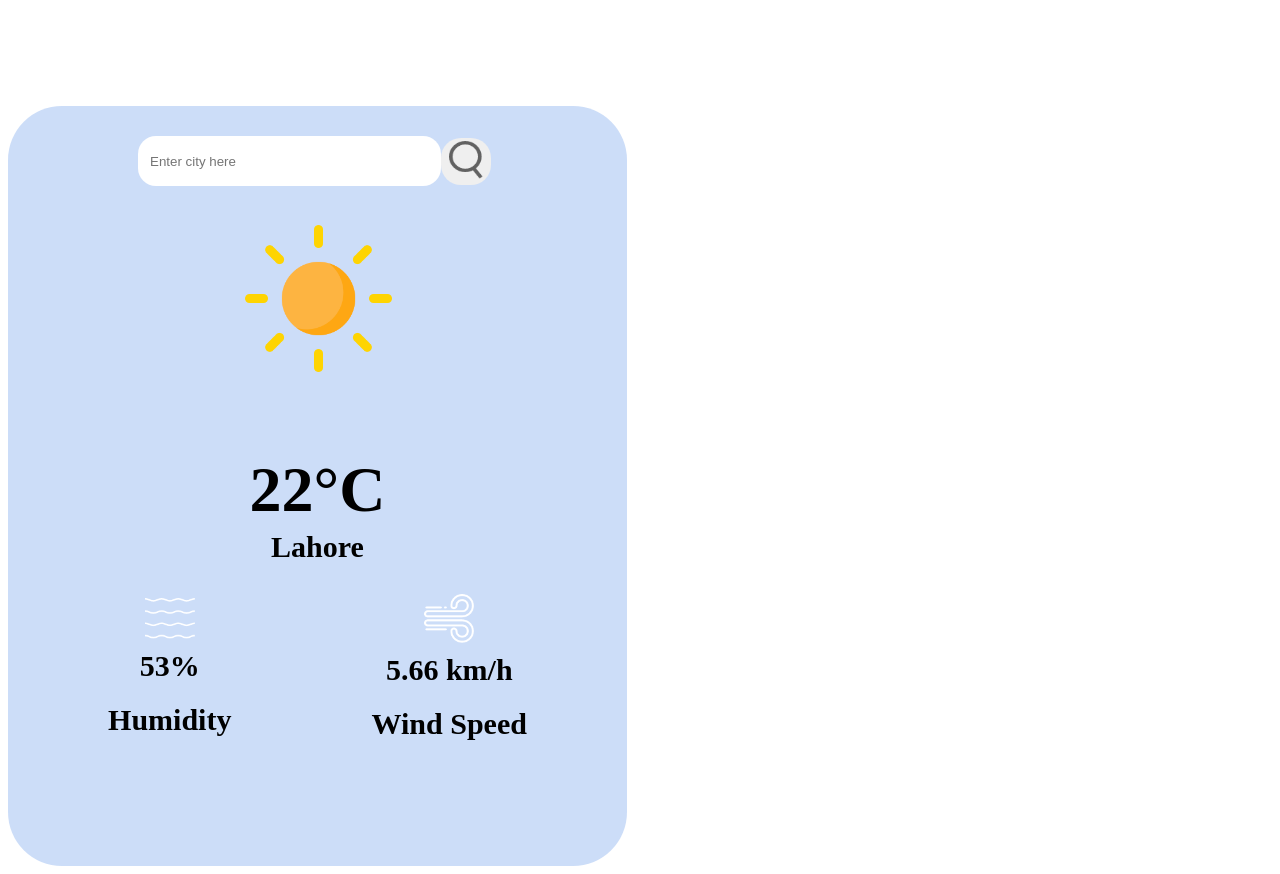
Repository: WajihaGul/Javascripts-Projects
Page: WEATHER APP/index.html
The author's editor kept a copy of each file at every save. The page is drawn from the files as they stood at one save, then again after a run of saves.
The browser window is 1280 px wide. The pictures show the whole page.

Above is the page before, as saved 2024-06-07 16:46:37.
Not found: WEATHER APP/script.js

### WEATHER APP/index.html
<!DOCTYPE html>
<html>
    <head>
        <meta charset="utf-8">
        <meta http-equiv="X-UA-Compatible" content="IE=edge">
        <title></title>
        <meta name="description" content="">
        <meta name="viewport" content="width=device-width, initial-scale=1">
        <link rel="stylesheet" href="./style.css">
    </head>
    <body>
            <div class="MainDiv">
                <div class="SearchDiv" >
                <input type="search" class="SearchInput" placeholder="Enter city here">
                <button class="SearchLogo"><img src="/images/search.png" class="btnimg" alt="SearchLogo"></button>
            </div>

            <div class="SecDiv">
                <div class="weather">
                <img src="./images/clear.png" alt="weather here" class="weatherImg">
                </div>
                <div class="temp">
                    <h1>22°C</h1>
                </div>
                <div class="cityName">
                    <h1>Lahore</h1>
                </div>
                <div class="humidityAndWindSpeed">
                <div class="humidity">
                    <img src="./images/humidity.png" alt="">
                    <h1>53%</h1>

                    <h2>Humidity</h2>
                </div>
                <div class="windSpeed">
                    <img src="./images/wind.png" alt="">
                    <h1>5.66 km/h</h1>
                    <h2>Wind Speed</h2>
                </div>
                </div>
            </div>
        </div>
        <script src="./script.js" async defer></script>
    </body>
</html>

### WEATHER APP/style.css
.MainDiv{
    background-color: rgb(154 187 241 / 50%);
    width: 559px;
    margin-top: 106px;
    /* margin-bottom: 106px; */
    border-radius: 54px;
    height: 700px;
    padding: 30px;
    /* margin-bottom:600px;
    margin-top: 600px; */
}
 .SearchInput{
    width: 303px;
    height: 50px;
    border-radius: 18px;
    padding: 10px;
    border-color: transparent;
}
.SearchDiv{
    display: flex;
    flex-direction: row;
    align-items: center;
    margin: 0 auto;
    margin-left: 100px;
    margin-right: 100px;
}
.btnimg{
    height: 38px;
    width: 34px;
}
.SearchLogo{
    border-color: transparent;
    border-radius: 20px;
    cursor: pointer;
}
.temp h1{
    display: flex;
    align-items: center;
    justify-content: center;
    font-size: 64px;

}
.weatherImg{
    display: flex;
    margin: 0 auto;

}
.cityName h1{
    display: flex;
    align-items: center;
    justify-content: center;
    font-size: 30px;
    margin-top: -50px;
    padding: 10px;
}
.humidityAndWindSpeed {
    display: flex;
    justify-content: space-around;
    align-items: center;
    margin-top: 20px;
}

.humidity,
.windSpeed {
    display: flex;
    flex-direction: column;
    align-items: center;
    text-align: center; /* Center text */
}

.humidity img,
.windSpeed img {
    margin-bottom: 10px; /* Adjust as needed */
    width: 50px; /* Adjust as needed */
    height: auto; /* Maintain aspect ratio */
}

.humidity h1,
.windSpeed h1 {
    font-size: 30px;
    margin: 0 auto;
}

.humidity h2,
.windSpeed h2 {
    font-size: 30px;
    margin: 0 auto;
    padding-top: 20px;
}

After the next 2 saves:
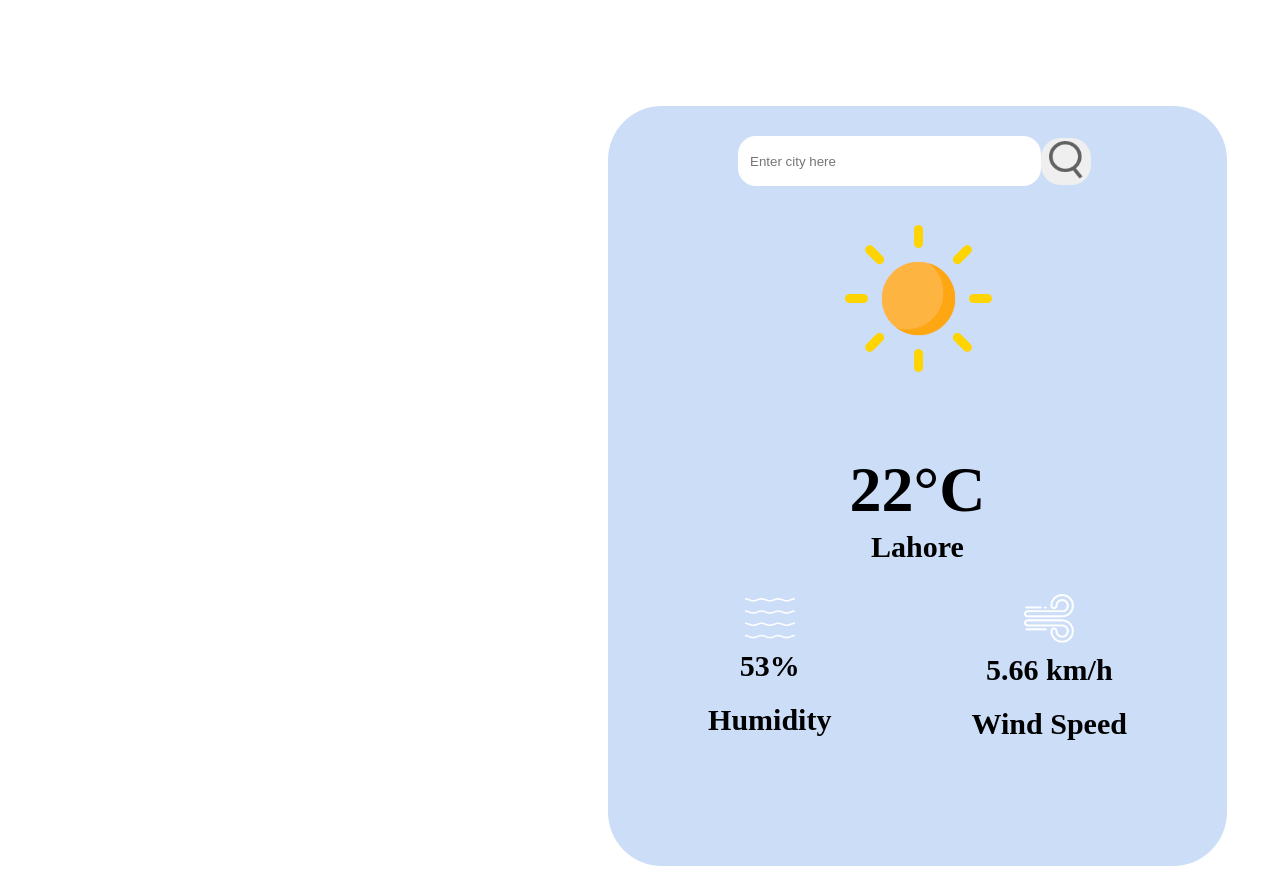
The 2 saves are shown as one change because they came seconds apart.
The last was saved 79 s later.
--- a/WEATHER APP/style.css
+++ b/WEATHER APP/style.css
@@ -6,8 +6,8 @@
     border-radius: 54px;
     height: 700px;
     padding: 30px;
-    /* margin-bottom:600px;
-    margin-top: 600px; */
+    margin-left:600px;
+    margin-right: 600px;
 }
  .SearchInput{
     width: 303px;
